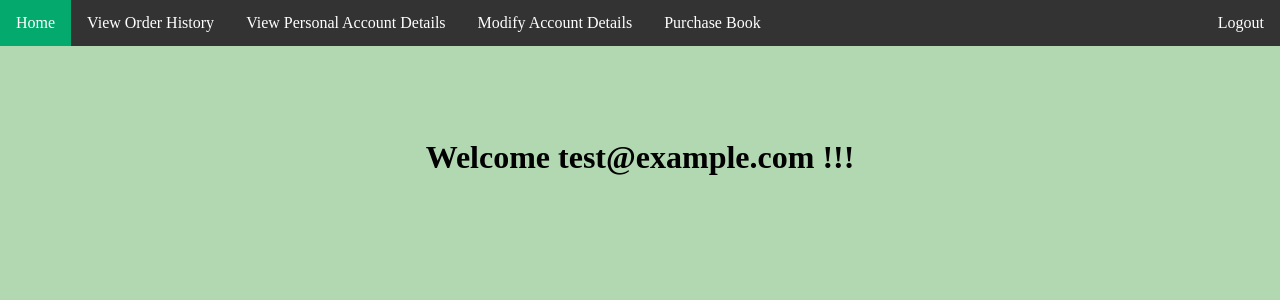
Repository: sach7691/original-book-store
Page: http://localhost/online-book-store-application/dashboard.jsp
The author's editor kept a copy of each file at every save. The page is drawn from the files as they stood at one save, then again after the next save.
The browser window is 1280 px wide. The pictures show the whole page.
The page is served by Tomcat 9. The session is filled in as if someone had signed in: {"email": "test@example.com"}.

Above is the page before, as saved 2022-08-31 16:35:56.

After the next save:
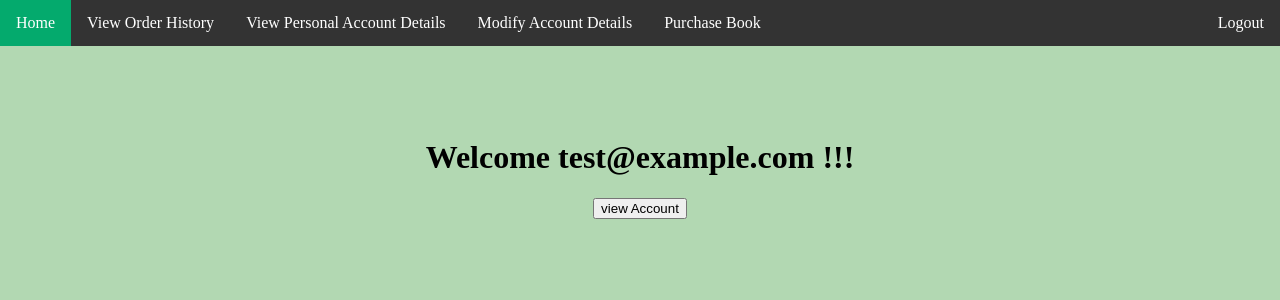
Saved 106 s later.
--- a/online-book-store-application/src/main/webapp/dashboard.jsp
+++ b/online-book-store-application/src/main/webapp/dashboard.jsp
@@ -88,6 +88,7 @@ ul.topnav li.right {float: right;}
 
 <form action="http://localhost:8080/online-book-store-application/AccountDetailsServlet"  method="POST">
  <input type="text" id="email" name="email" value= "${email}" hidden="" >
+ <input type="submit" value="view Account"/>
  </form>
 </center>
 </form>
